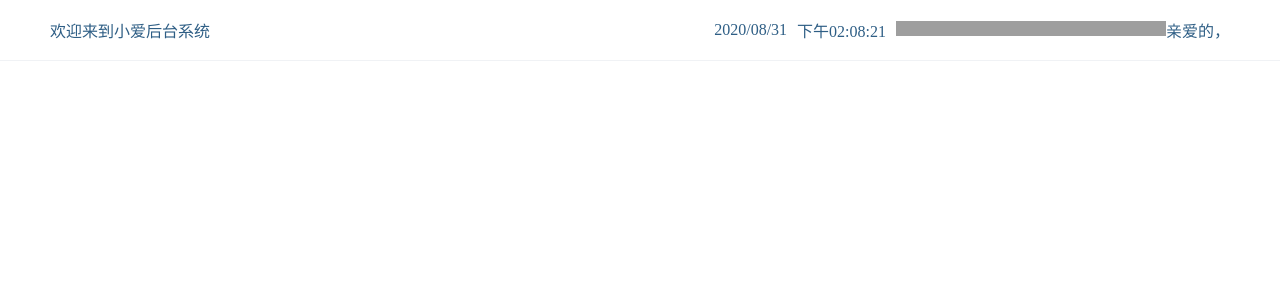
Repository: ZHANG-0714/backstage
Page: /home
The author's editor kept a copy of each file at every save. The page is drawn from the files as they stood at one save, then again after the next save.
The browser window is 1280 px wide. The pictures show the whole page.
Pictures or frames that could not be fetched are drawn as grey boxes. The project was rebuilt for these pictures with package versions that can differ from the ones it lists, and the page was loaded fresh each time. Also part of the build but not shown: vue.config.js, src/views/Home.vue.

Above is the page before, as saved 2020-08-31 17:42:58.

After the next save:
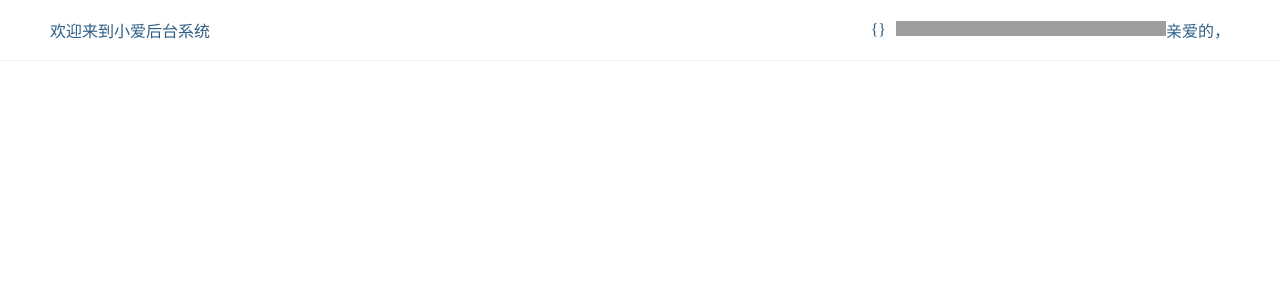
Saved 10 s later.
--- a/src/components/public/headTop.vue
+++ b/src/components/public/headTop.vue
@@ -18,7 +18,7 @@
         ></iframe>
       </div>
       <!-- 用户 -->
-      <div>亲爱的，{{user}}</div>
+      <div>亲爱的，{{user.username}}</div>
     </div>
   </div>
 </template>
